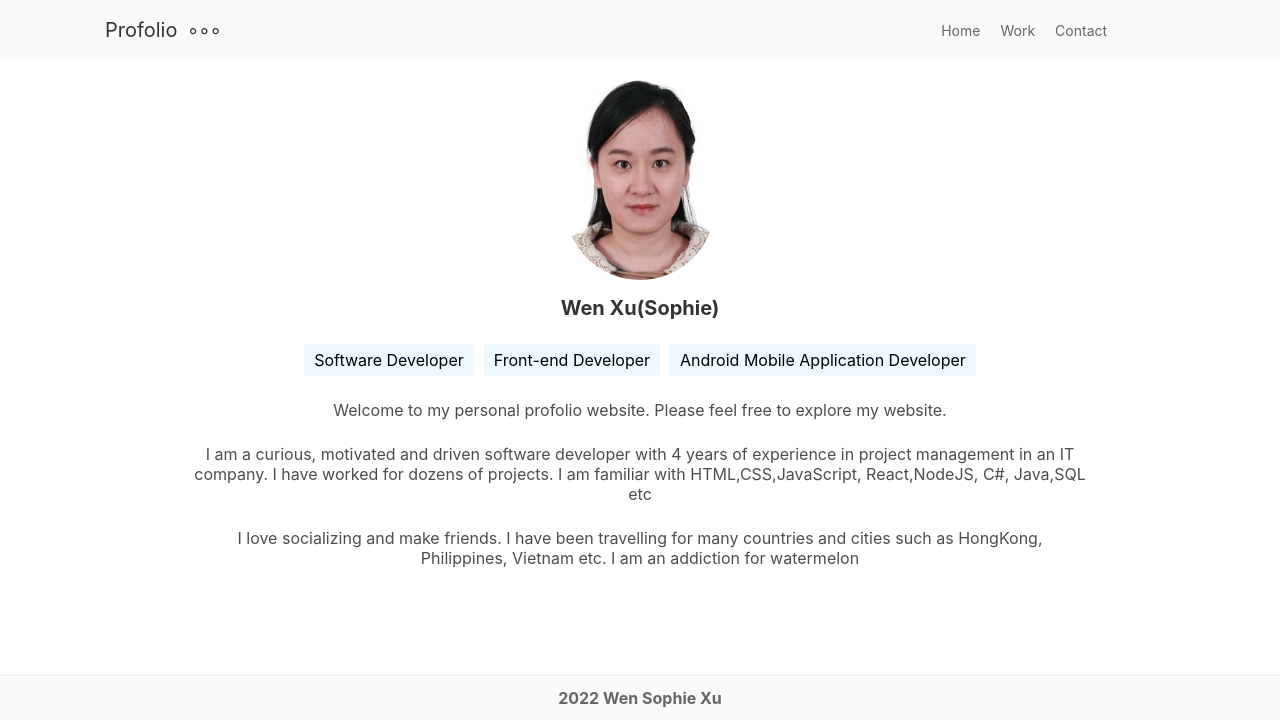
Repository: wenxi0504/myResume_app
Page: /
The author's editor kept a copy of each file at every save. The page is drawn from the files as they stood at one save, then again after the next save.
The browser window is 1280 px wide. The pictures show the whole page.
The project was rebuilt for these pictures with package versions that can differ from the ones it lists, and the page was loaded fresh each time. Also part of the build but not shown: src/pages/WorkPage/index.js, src/pages/WorkPageDetail/index.js, src/pages/Contact/index.js.

Above is the page before, as saved 2022-01-03 15:47:54.

After the next save:
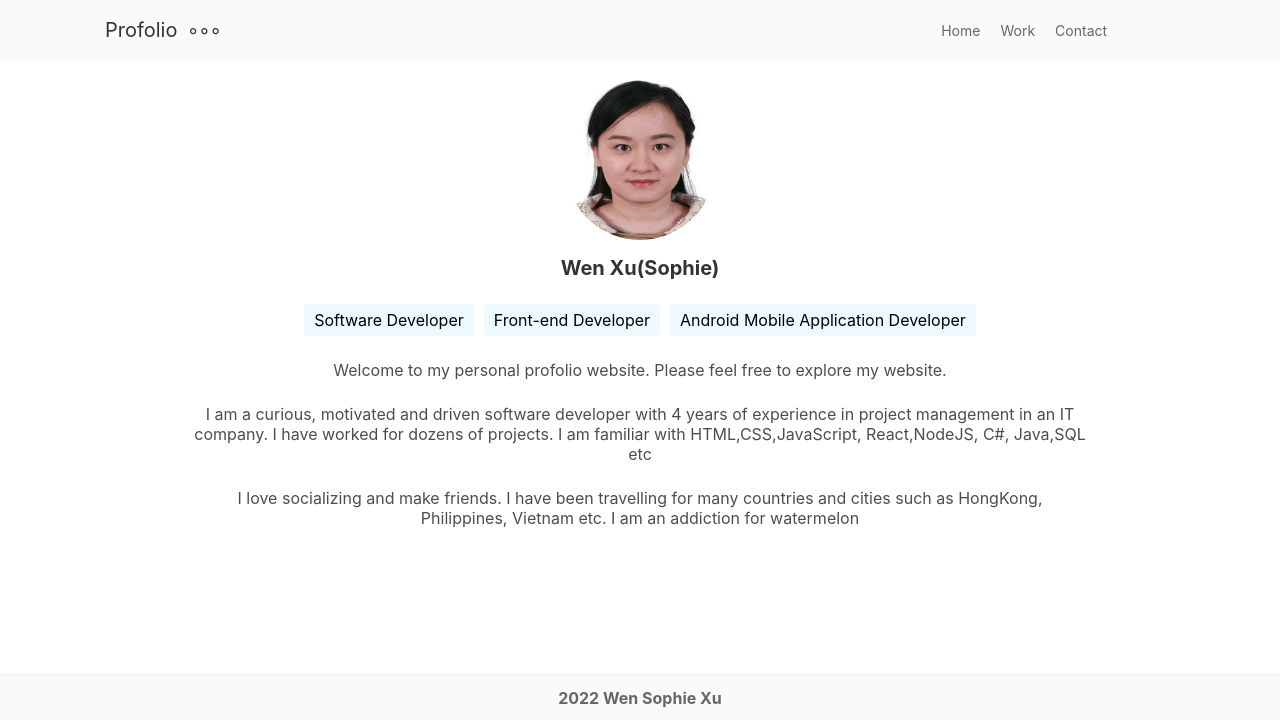
Saved 8 s later.
--- a/src/pages/HomePage/home.module.scss
+++ b/src/pages/HomePage/home.module.scss
@@ -11,7 +11,7 @@
            }
            img{
               width: 150px;
-              height: 200px;
+              height: 160px;
               border-radius: 120px;
               margin-top: 20px;
            }
